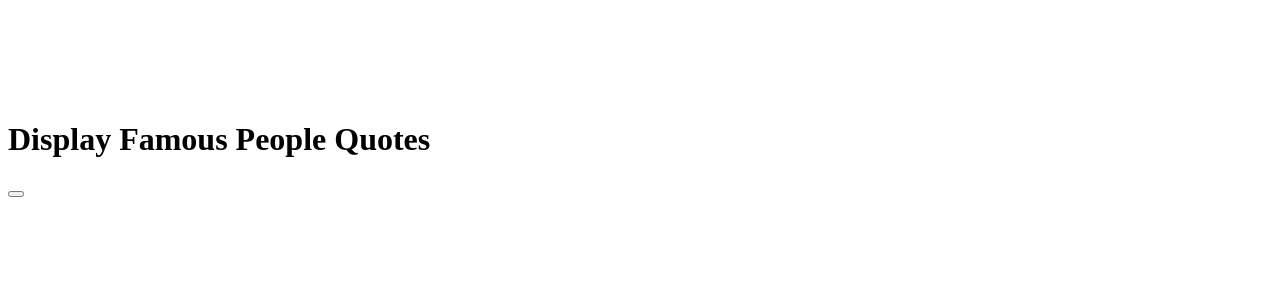
Repository: NiutaR/quotes-dom
Page: index.html
The author's editor kept a copy of each file at every save. The page is drawn from the files as they stood at one save, then again after a run of saves.
The browser window is 1280 px wide. The pictures show the whole page.

Above is the page before, as saved 2021-07-20 17:34:17.

### index.html
<!DOCTYPE html>
<html lang="en">
<head>
    <meta charset="UTF-8">
    <meta http-equiv="X-UA-Compatible" content="IE=edge">
    <meta name="viewport" content="width=device-width, initial-scale=1.0">
    <title> Display Famous People Quotes</title>
</head>
<body>
    <div id="container">
        <h1>Display Famous People Quotes</h1>
        <button id=""></button>
    </div>
    <script src="index.js"></script>
</body>
</html>

### index.js
//document.getElementById('container').style.position = 'absolute';

//Add some Css using Dom manipulation
const divEl = document.getElementById('container');
divEl.style.position = 'absolute';
divEl.style.width = '50%';
divEl.style.margin = '0 auto';
divEl.style.top = '100px';

/*const btn = document.createElement('button');
const node = document.createTextNode('Click me');
btn.appendChild(node);
btn.id = 'btnId';
const element = document.getElementById('div1');
element.appendChild(btn);

element.style.textAlign = 'center';*/

After the next 2 saves:
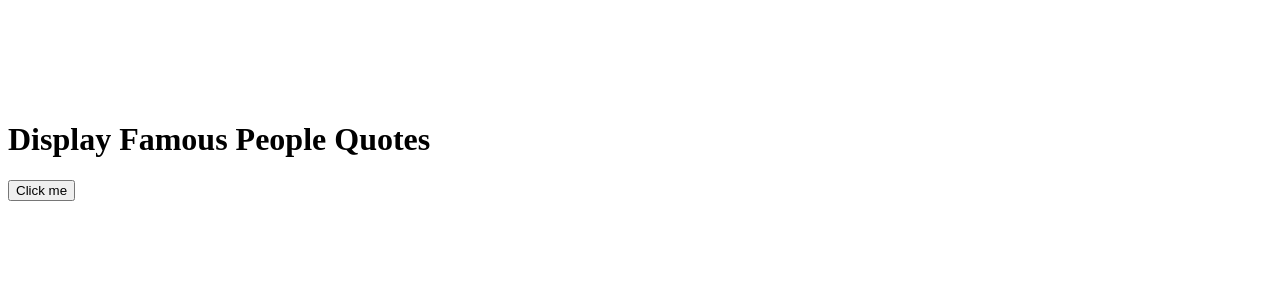
The 2 saves are shown as one change because they came seconds apart.
The last was saved 7 s later.
--- a/index.html
+++ b/index.html
@@ -9,7 +9,7 @@
 <body>
     <div id="container">
         <h1>Display Famous People Quotes</h1>
-        <button id=""></button>
+        <button id="btnId">Click me</button>
     </div>
     <script src="index.js"></script>
 </body>
